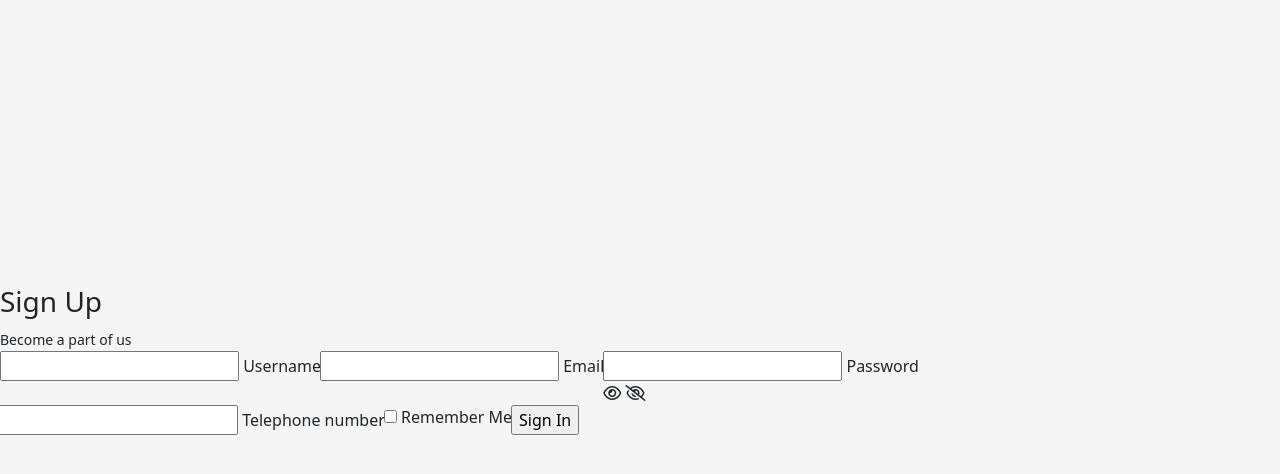
Repository: MauDucKG/BigFarm
Page: http://localhost/BigFarm/views/main/register/index.php
The author's editor kept a copy of each file at every save. The page is drawn from the files as they stood at one save, then again after the next save.
The browser window is 1280 px wide. The pictures show the whole page.
Some web libraries are served in a nearby version. The page is run by PHP 8.4 with error messages shown; the project is at /var/www/html/.

Above is the page before, as saved 2023-04-26 18:02:00.

### views/main/register/index.php
<!DOCTYPE html>
<html lang="en">

<head>
	<meta charset="utf-8">
	<meta name="viewport" content="width=device-width, initial-scale=1">
	<title>Register</title>
	<link href="https://cdn.jsdelivr.net/npm/bootstrap@5.2.2/dist/css/bootstrap.min.css" rel="stylesheet" integrity="sha384-Zenh87qX5JnK2Jl0vWa8Ck2rdkQ2Bzep5IDxbcnCeuOxjzrPF/et3URy9Bv1WTRi" crossorigin="anonymous">
	<link rel="stylesheet" href="assets/stylesheets/register.css">
    <script src="https://kit.fontawesome.com/4ccf3877a2.js" crossorigin="anonymous"></script>
</head>

<body>
    <div class="register-box" id="regUser">
        <div class="top-header">
            <h3>Sign Up</h3>
            <small>Become a part of us</small>
        </div>
        <div class="input-group">
            <div class="input-field">
                <input type="text" class="input-box" id="regUser" required>
                <label for="regUser">Username</label>
            </div>
            <div class="input-field">
                <input type="text" class="input-box" id="regUser" required>
                <label for="regUser">Email</label>
            </div>
            <div class="input-field">
                <input type="password" class="input-box" id="regPassword" required>
                <label for="regPassword">Password</label>
                 <div class="eye-area">
                        <div class="eye-box" onclick="myRegPassword()">
                            <i class="fa-regular fa-eye" id="eye-2"></i>
                            <i class="fa-regular fa-eye-slash" id="eye-slash-2"></i>
                        </div>
                 </div>
            </div>
            <div class="input-field">
                <input type="text" class="input-box" id="regUser" required>
                <label for="regUser">Telephone number</label>
            </div>
            <div class="remember">
                <input type="checkbox" id="formCheck-2" class="check">
                <label for="formCheck-2"> Remember Me</label>
            </div>
            <div class="input-field">
                <input type="submit" class="input-submit" value="Sign In">
            </div>
        </div>
    </div>
</body>

</html>

### assets/stylesheets/register.css
html,
body {
  height: 100%;
}

body {
  display: flex;
  align-items: center;
  padding-top: 40px;
  padding-bottom: 40px;
  background-color: #f5f5f5;
}

.form-signin {
  max-width: 500px;
  padding: 15px;
}

.form-signin .form-floating:focus-within {
  z-index: 2;
}

After the next save:
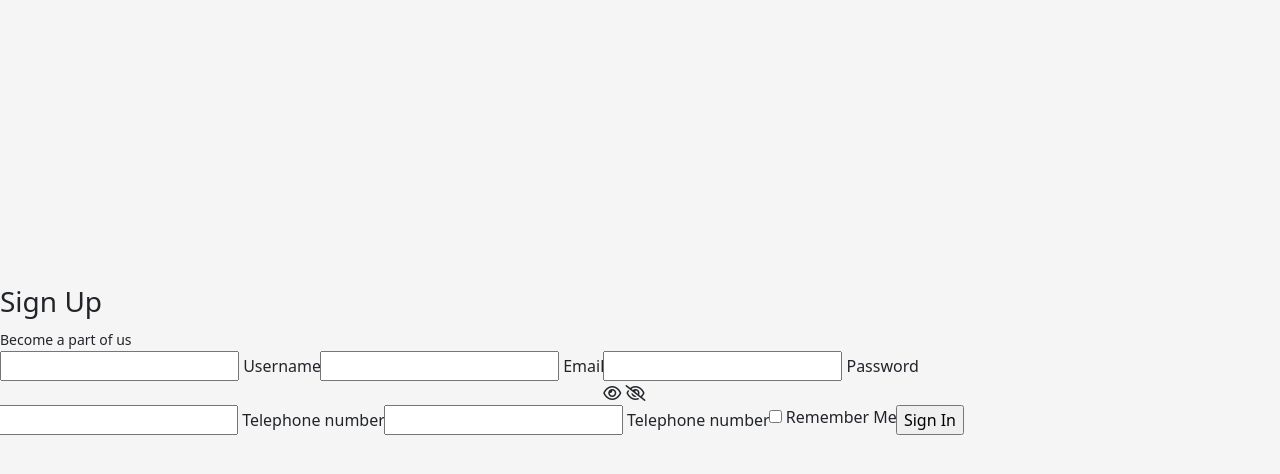
Saved 43 s later.
--- a/views/main/register/index.php
+++ b/views/main/register/index.php
@@ -39,6 +39,10 @@
                 <input type="text" class="input-box" id="regUser" required>
                 <label for="regUser">Telephone number</label>
             </div>
+            <div class="input-field">
+                <input type="text" class="input-box" id="regUser" required>
+                <label for="regUser">Telephone number</label>
+            </div>
             <div class="remember">
                 <input type="checkbox" id="formCheck-2" class="check">
                 <label for="formCheck-2"> Remember Me</label>
